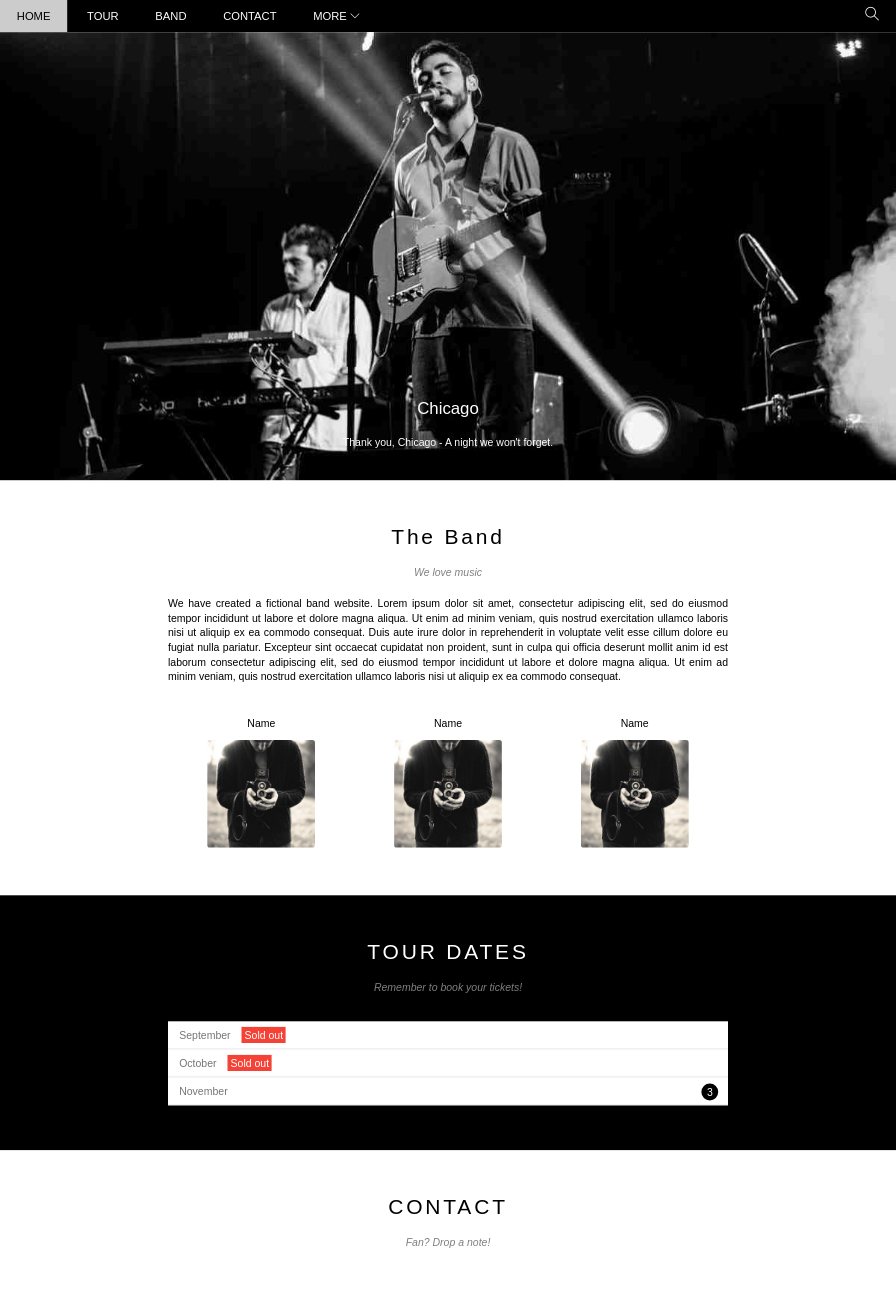
Repository: ducvui2003/LTCB
Page: index.html
An editor plug-in stored every save of this project. The page is shown before and after the next save, followed by the edit.
The browser window is 1280 px wide. The pictures show the whole page, at 70% of full size.

Above is the page before, as saved 2022-01-10 10:01:07.

### index.html
<!DOCTYPE html>
<html lang="en">

<head>
    <meta charset="UTF-8">
    <meta http-equiv="X-UA-Compatible" content="IE=edge">
    <meta name="viewport" content="width=device-width, initial-scale=1.0">
    <title>The Band W3_School</title>
    <link rel="stylesheet" href="./assest/Css/styles.css">
    <link rel="stylesheet" href="./assest/Fonts/themify-icons-font (1)/themify-icons/themify-icons.css">
</head>

<body>
    <div id="main">
        <!-- Begin: Header -->
        <div id="header">
            <!-- Begin: Nav -->
            <ul id="nav">
                <li>
                    <a href="">Home</a>
                </li>
                <li>
                    <a href="">Tour</a>
                </li>
                <li>
                    <a href="">Band</a>
                </li>
                <li>
                    <a href="">Contact</a>
                </li>
                <li>
                    <a href="">
                        More
                        <!-- icons -->
                        <i class="nav-arrow-down ti-angle-down"></i>
                    </a>
                    <ul class="subnav">
                        <li>
                            <a href="">Merchandise</a>
                        </li>
                        <li>
                            <a href="">Extras</a>
                        </li>
                        <li>
                            <a href="">Media</a>
                        </li>
                    </ul>
                </li>
            </ul>
            <!-- End: Nav -->
            <!-- Begin: Search button -->
            <div class="search-button">
                <i class="search-icon ti-search"></i>
            </div>
            <!-- End: Search button -->
        </div>
        <!-- End: Header -->

        <!-- Begin: Slides -->
        <div id="slides">
            <div class="text-content">
                <h2 class="text-heading">Chicago</h2>
                <div class="text-paragraph">Thank you, Chicago - A night we won't forget.
                </div>
            </div>
        </div>
        <!-- End: Slides -->

        <!-- Begin: Content -->
        <div id="content">

            <!-- About section -->
            <div class="content-section">
                <h1 class="section-heading">The Band</h1>
                <p class="section-sub-heading">We love music

                </p>
                <p class="content-text">We have created a fictional band website. Lorem ipsum dolor sit amet, consectetur adipiscing elit, sed do eiusmod tempor incididunt ut labore et dolore magna aliqua. Ut enim ad minim veniam, quis nostrud exercitation ullamco laboris nisi
                    ut aliquip ex ea commodo consequat. Duis aute irure dolor in reprehenderit in voluptate velit esse cillum dolore eu fugiat nulla pariatur. Excepteur sint occaecat cupidatat non proident, sunt in culpa qui officia deserunt mollit anim
                    id est laborum consectetur adipiscing elit, sed do eiusmod tempor incididunt ut labore et dolore magna aliqua. Ut enim ad minim veniam, quis nostrud exercitation ullamco laboris nisi ut aliquip ex ea commodo consequat.</p>

                <!-- Team section -->
                <div class="member-list">
                    <div class="member-item">
                        <p class="member-name">Name</p>
                        <img src="./assest/Img/Teams/membersAvatar.jpg" alt="Name" class="member-avatar">
                    </div>

                    <div class="member-item">
                        <p class="member-name">Name</p>
                        <img src="./assest/Img/Teams/membersAvatar.jpg" alt="Name" class="member-avatar">
                    </div>

                    <div class="member-item">
                        <p class="member-name">Name</p>
                        <img src="./assest/Img/Teams/membersAvatar.jpg" alt="Name" class="member-avatar">
                    </div>
                    <div class="clear"></div>
                </div>
            </div>

            <!-- Tour section -->
            <div class="tour-section">
                <div class="content-section">
                    <h1 class=" text-white section-heading">TOUR DATES</h1>
                    <p class="text-white section-sub-heading">Remember to book your tickets!</p>
                    <!-- Ticket-list -->
                    <ul class="ticket-list">
                        <li>September<span class="sold-out">Sold out</span></li>
                        <li>October<span class="sold-out">Sold out</span></li>
                        <li>November <span class="quantity">3</span></li>
                    </ul>
                </div>
            </div>

            <!-- Contact section -->
            <div class="content-section">
                <h1 class="section-heading">CONTACT</h1>
                <p class="section-sub-heading">Fan? Drop a note! </p>

            </div>

            <!-- End: Content -->
        </div>
        <div id="footer"></div>
</body>

</html>

### assest/Css/styles.css
* {
    padding: 0;
    margin: 0;
    box-sizing: border-box;
}

html {
    font-family: Arial, Helvetica, sans-serif;
}

.clear {
    clear: both;
}


/* Dung cho chu mau trang */

.text-white {
    color: white !important;
}

#main {}

#header {
    position: fixed;
    top: 0;
    right: 0;
    left: 0;
    /* fixed đang nổi lên nó sẽ nhường vị trí cho div slides tiếp theo */
    height: 46px;
    background-color: black;
    z-index: 1;
    /* dùng để thêm vào thẻ fixed nhằm đẩy block lên trên các block khác theo chiều cao, giá trị là 0, 1,... */
}

#nav {
    display: inline-block;
    /* display để thẻ nav chỉ dài đúng nội dung của nó thôi */
}

#nav,
.subnav {
    list-style: none;
}

#nav>li {
    display: inline-block;
}

#nav li {
    position: relative;
}

#nav>li>a {
    color: white;
    text-transform: uppercase;
    /* chinh chu thuong thanh hoa */
}

#nav li a {
    text-decoration: none;
    line-height: 46px;
    padding: 0 24px;
    display: block;
}

#nav li:hover .subnav {
    display: block;
}

#nav>li:hover>a,
#nav .subnav li:hover a {
    background-color: #ccc;
    color: black;
}

#nav li:hover a {
    /* line-height: 46px; */
}

#nav .subnav {
    display: none;
    position: absolute;
    top: 46px;
    background-color: #fff;
    box-shadow: 0 0 10px rgba(0, 0, 0, 0.3);
}

#nav .subnav li a {
    color: black;
    padding: 0 16px;
    line-height: 38px;
    width: 160px;
}

#nav .nav-arrow-down {
    font-size: 14px;
}

#header .search-button {
    float: right;
    /* thẻ search-button là thẻ div, có tính kế thừa chiều ngang, nên khi float vào sẽ vô hiệu hoá tính kế thừa chiều ngang đó */
    line-height: 46px;
    padding: 0 24px;
}

#header .search-button:hover {
    background-color: #f44336;
    cursor: pointer;
    /* Dùng để thay đổi con trỏ chuột khi di vào */
}

#header .search-icon {
    color: white;
    font-size: 20px;
}

#slides {
    /* min-height: 1000px; */
    /* background-color: pink; */
    margin-top: 46px;
    padding-top: 50%;
    /* 50% chieu ngang cua chinh the do */
    background: url('/assest/Img/Slides/ChicagoPicture.jpg') top center / cover no-repeat;
    /* shorthand */
    position: relative;
}

#slides .text-content {
    position: absolute;
    bottom: 46px;
    left: 50%;
    /* Cách lề trái 50% chiều ngang */
    transform: translateX(-50%);
    /* Dùng để lùi thẻ theo trục X 50% chiều dài -> Mục đích kết hợp vs transform để căn giữa block */
    color: white;
    text-align: center;
    /* Dùng để căn giữa content, ko dùng để căn block */
    /* cách 2: Thêm width: 100% */
    /* /* cách 3 left: 0 right: 0; */
}

#slides .text-heading {
    font-weight: 500;
    /* dùng để điều chỉnh lại độ dày của chữ, giá trị từ 100-1000  */
    font-size: 24px;
    margin-bottom: 25px;
}

#slides .text-paragraph {
    font-size: 15px;
}

#content {}

#content .content-section {
    width: 800px;
    padding: 64px 0;
    margin-left: auto;
    margin-right: auto;
}

#content .section-heading {
    font-size: 30px;
    font-weight: 500;
    text-align: center;
    letter-spacing: 4px;
}

#content .section-sub-heading {
    font-size: 15px;
    text-align: center;
    margin-top: 25px;
    font-style: italic;
    opacity: 0.5;
}

#content .content-text {
    font-size: 15px;
    margin-top: 25px;
    text-align: justify;
    /* Can deu van ban */
    line-height: 1.4;
    /* Khoang cach giua 2 hang chu */
}

#content .member-list {
    margin-top: 48px;
    /* overflow: hidden; */
}

#content .member-item {
    float: left;
    width: calc(100% /3);
    text-align: center;
    /* Can hinh voi chu */
}

#content .member-name {
    font-size: 15px;
}

#content .member-avatar {
    margin-top: 15px;
    width: 154px;
    /* Dung the <img> thì chỉ cần đặt 1 chiều */
    border-radius: 4px;
    /* Dùng để tạo bo góc của ảnh */
}


/* Tour-section */

#content .tour-section {
    background-color: black;
}

.ticket-list {
    background-color: white;
    margin-top: 40px;
}

.ticket-list li {
    font-size: 15px;
    padding: 11px 16px;
    border-bottom: 1px solid #ddd;
    color: #757575;
    list-style: none;
}

.ticket-list .sold-out {
    color: white;
    background-color: #f44336;
    margin-left: 16px;
    padding: 3px 4px;
}

.ticket-list .quantity {
    float: right;
    width: 24px;
    height: 24px;
    border-radius: 50%;
    /* Tao bop goc deu de co hinh tron */
    text-align: center;
    line-height: 24px;
    background-color: black;
    color: white;
    margin: -2px;
    /* Có thẻ float nên có thuộc tính block -> xét đc width, height, dùng đc margin (-) */
}

#footer {}

Loaded but not shown: assest/Fonts/themify-icons-font (1)/themify-icons/themify-icons.css (common file)

After the next save:
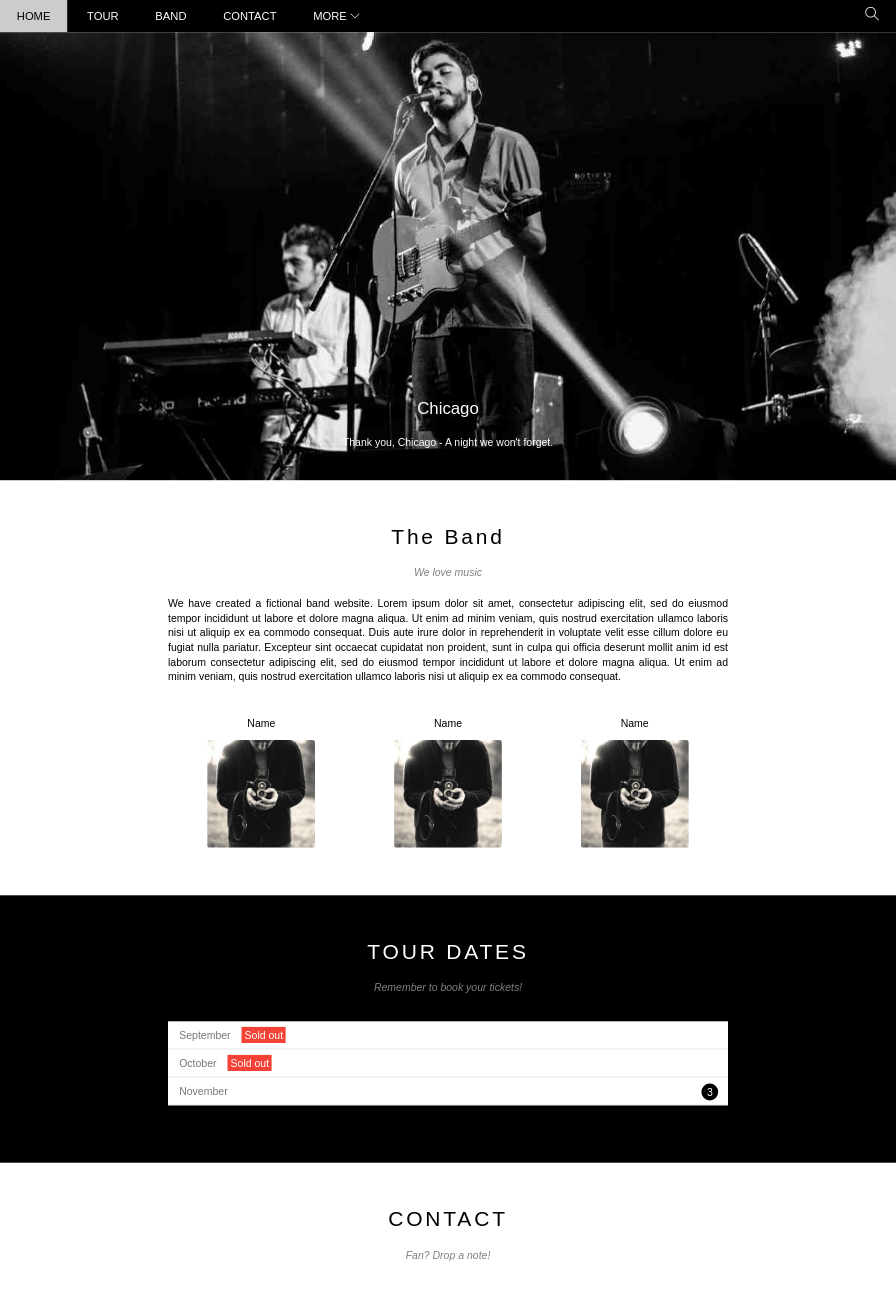
Saved 4 min 11 s later.
--- a/index.html
+++ b/index.html
@@ -104,12 +104,18 @@
                 <div class="content-section">
                     <h1 class=" text-white section-heading">TOUR DATES</h1>
                     <p class="text-white section-sub-heading">Remember to book your tickets!</p>
+
                     <!-- Ticket-list -->
                     <ul class="ticket-list">
                         <li>September<span class="sold-out">Sold out</span></li>
                         <li>October<span class="sold-out">Sold out</span></li>
                         <li>November <span class="quantity">3</span></li>
                     </ul>
+
+                    <!-- Places -->
+                    <div class="place-list">
+                        <div class="place-ticket"><img src="" alt="" class="place-img"></div>
+                    </div>
                 </div>
             </div>
 
